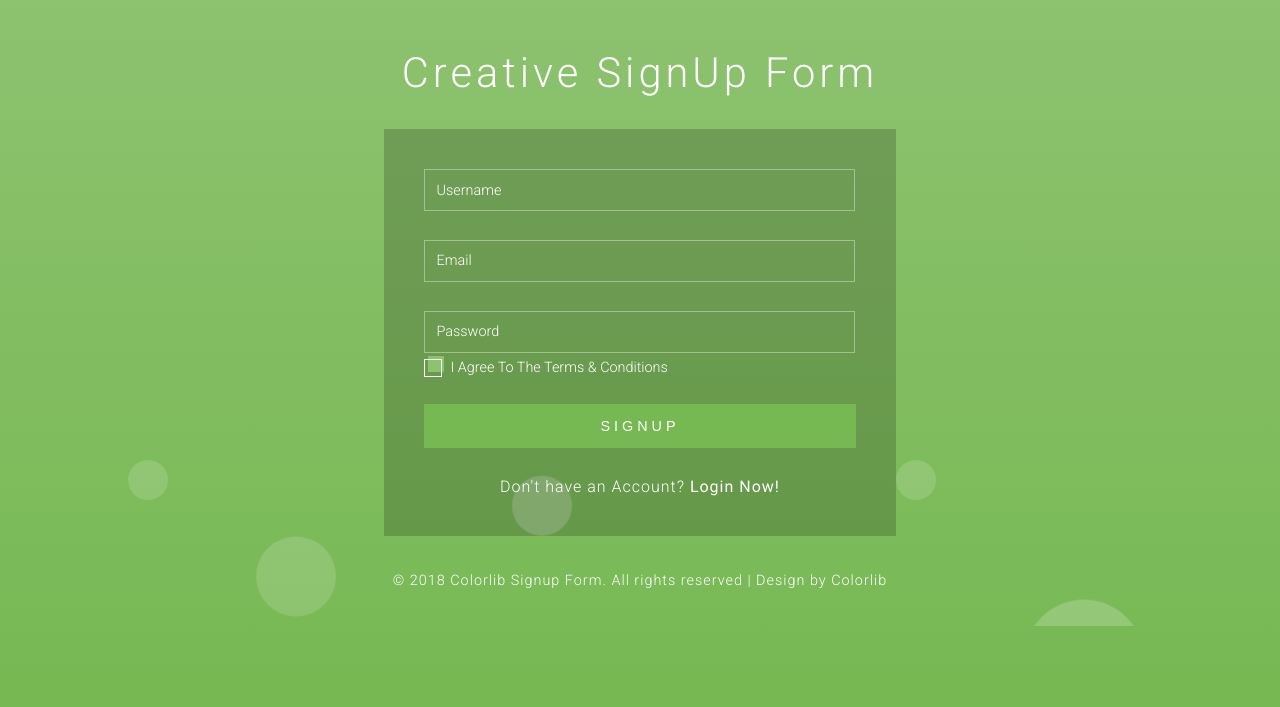
Repository: AyushiPN/login_form
Page: index.html
An editor plug-in stored every save of this project. The page is shown before and after the next save, followed by the edit.
The browser window is 1280 px wide. The pictures show the whole page.

Above is the page before, as saved 2021-11-26 14:52:43.
Not found: css/style.css

### index.html
<!--
Author: Colorlib
Author URL: https://colorlib.com
License: Creative Commons Attribution 3.0 Unported
License URL: http://creativecommons.org/licenses/by/3.0/
-->
<!DOCTYPE html>
<html>

<head>
    <title>Creative Colorlib SignUp Form</title>
    <meta name="viewport" content="width=device-width, initial-scale=1">
    <meta http-equiv="Content-Type" content="text/html; charset=utf-8" />
    <script type="application/x-javascript">
        addEventListener("load", function() {
            setTimeout(hideURLbar, 0);
        }, false);

        function hideURLbar() {
            window.scrollTo(0, 1);
        }
    </script>
    <!-- Custom Theme files -->
    <link href="css/style.css" rel="stylesheet" type="text/css" media="all" />
    <!-- //Custom Theme files -->
    <!-- web font -->
    <link href="./styles.css" rel="stylesheet">
    <link href="//fonts.googleapis.com/css?family=Roboto:300,300i,400,400i,700,700i" rel="stylesheet">
    <!-- //web font -->
</head>

<body>
    <!-- main -->
    <div class="main-w3layouts wrapper">
        <h1>Creative SignUp Form</h1>
        <div class="main-agileinfo">
            <div class="agileits-top">
                <form class="login" name="loginForm" onsubmit="validateSignupForm()" method="POST">
                    <input class="text" type="text" name="name" id="signName" placeholder="Username" required="">
                    <input class="text email" type="email" name="email" id="signEmail" placeholder="Email" required="">
                    <input class="text" type="password" name="password" id="signPassword" placeholder="Password" required="">
                    <!-- <input class="text w3lpass" type="password" name="password" placeholder="Confirm Password" required=""> -->
                    <div class="wthree-text">
                        <label class="anim">
							<input type="checkbox" class="checkbox" required="">
							<span>I Agree To The Terms & Conditions</span>
						</label>
                        <div class="clear"> </div>
                    </div>
                    <input type="submit" value="SIGNUP">
                </form>
                <p>Don't have an Account? <a href="#"> Login Now!</a></p>
            </div>
        </div>
        <!-- copyright -->
        <div class="colorlibcopy-agile">
            <p>© 2018 Colorlib Signup Form. All rights reserved | Design by <a href="https://colorlib.com/" target="_blank">Colorlib</a></p>
        </div>
        <!-- //copyright -->
        <ul class="colorlib-bubbles">
            <li></li>
            <li></li>
            <li></li>
            <li></li>
            <li></li>
            <li></li>
            <li></li>
            <li></li>
            <li></li>
            <li></li>
        </ul>
    </div>
    <!-- //main -->
    <script>
        function validateSignupForm() {
            var mail = document.getElementById("signEmail").value;
            var name = document.getElementById("signName").value;
            var password = document.getElementById("signPassword").value;

            if (mail == "" || name == "" || password == "") {
                document.getElementById("errorMsg").innerHTML = "Please fill the required fields"
                return false;
            } else if (password.length < 8) {
                document.getElementById("errorMsg").innerHTML = "Your password must include atleast 8 characters"
                alert("Your password must include atleast 8 characters");
                return false;
            } else {
                alert("Successfully signed up");
                return true;
            }
        }
    </script>
</body>

</html>

Loaded but not shown: styles.css (1774 lines, source omitted)

After the next save:
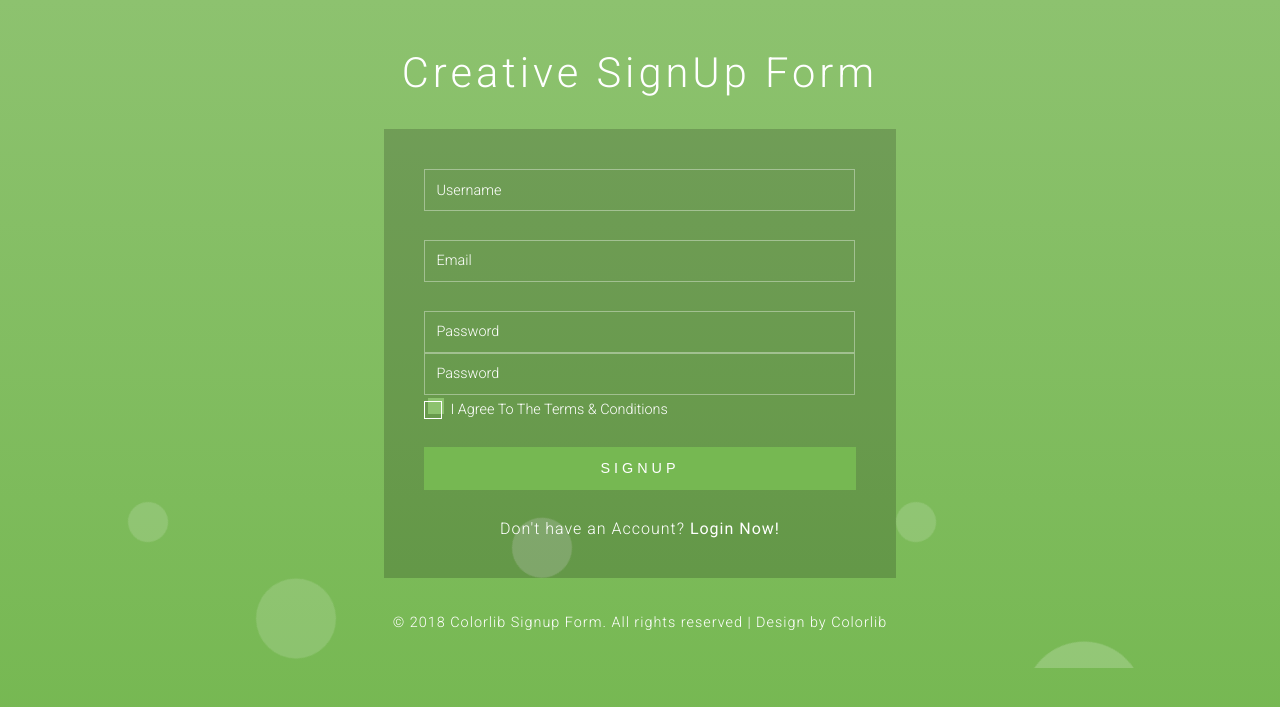
Saved 2 min 54 s later.
--- a/index.html
+++ b/index.html
@@ -39,6 +39,7 @@ License URL: http://creativecommons.org/licenses/by/3.0/
                     <input class="text" type="text" name="name" id="signName" placeholder="Username" required="">
                     <input class="text email" type="email" name="email" id="signEmail" placeholder="Email" required="">
                     <input class="text" type="password" name="password" id="signPassword" placeholder="Password" required="">
+                    <input class="text" type="password" name="cpassword" id="signCpassword" placeholder="Password" required="">
                     <!-- <input class="text w3lpass" type="password" name="password" placeholder="Confirm Password" required=""> -->
                     <div class="wthree-text">
                         <label class="anim">
@@ -76,12 +77,11 @@ License URL: http://creativecommons.org/licenses/by/3.0/
             var mail = document.getElementById("signEmail").value;
             var name = document.getElementById("signName").value;
             var password = document.getElementById("signPassword").value;
-
-            if (mail == "" || name == "" || password == "") {
+            var cpassword = document.getElementById("signCpassword").value;
+            if (mail == "" || name == "" || password == "" || cpassword == "") {
                 document.getElementById("errorMsg").innerHTML = "Please fill the required fields"
                 return false;
             } else if (password.length < 8) {
-                document.getElementById("errorMsg").innerHTML = "Your password must include atleast 8 characters"
                 alert("Your password must include atleast 8 characters");
                 return false;
             } else {
